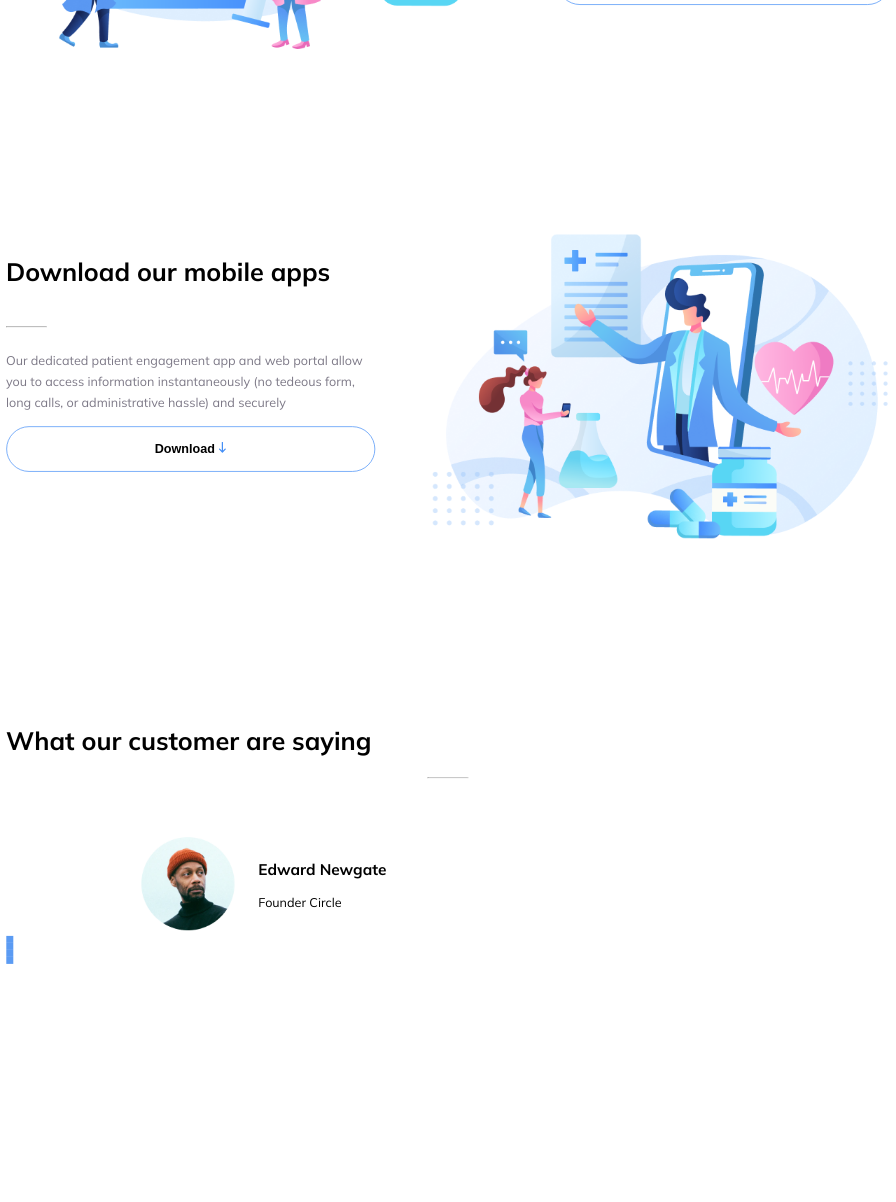
Repository: ivan-developer-01/trafalgar-layout
Page: index.html
An editor plug-in stored every save of this project. The page is shown before and after the next save, followed by the edit.
The browser window is 1280 px wide. The pictures show the part of the page from y = 2610 to 4530 px (the page is 4327 px tall before and 4530 px after), at 70% of full size.

Above is the page before, as saved 2024-11-08 16:29:33.

### index.html
<!DOCTYPE html>
<html lang="en">
<head>
	<meta charset="UTF-8">
	<meta http-equiv="X-UA-Compatible" content="IE=edge">
	<meta name="viewport" content="width=device-width, initial-scale=1.0">
	<title>Trafalgar Services</title>
	<link rel="preconnect" href="https://fonts.googleapis.com">
	<link rel="preconnect" href="https://fonts.gstatic.com" crossorigin>
	<link href="https://fonts.googleapis.com/css2?family=Mulish:ital,wght@0,200;0,300;0,400;0,500;0,600;0,700;0,800;0,900;1,200;1,300;1,400;1,500;1,600;1,700;1,800;1,900&display=swap" rel="stylesheet">
	<link rel="stylesheet" href="style.css">
</head>
<body>
	<header class="header">
		<div class="container">
			<!-- left part -->
			<div>
				<div class="logo">
					<img src="images/logo.png" alt="Trafalgar Logo">
				</div>
			</div>

			<!-- right part -->
			<div>
				<nav>
					<a href="#" class="nav__link nav__link-main">Home</a>
					<a href="#" class="nav__link">Find a doctor</a>
					<a href="#" class="nav__link">Apps</a>
					<a href="#" class="nav__link">Testimonials</a>
					<a href="#" class="nav__link">About us</a>
				</nav>
			</div>
		</div>
	</header>

	<main>
		<section class="main-info">
			<div class="container">
				<!-- left part -->
				<div>
					<h1>Virtual healthcare for you</h1>

					<p>Trafalgar provides progressive, and affordable healthcare, accessible on mobile and online for everyone</p>

					<button class="button round-button bg-blue">Consult today</button>
				</div>

				<!-- right part -->
				<div>
					<img src="images/hero.png" alt="Trafalgar hero image">
				</div>
			</div>

			<div class="overlay"></div>
		</section>

		<section class="our-services">
			<div class="container">
				<h2>Our services</h2>
				<hr>

				<p>We provide to you the best choiches for you. Adjust it to your health needs and make sure your undergo treatment with our highly qualified doctors you can consult with us which type of service is suitable for your health</p>

				<div class="cards">
					<div class="card">
						<img src="images/our-services/cards/search-doctor.svg" alt="Search doctor">
						<h3>Search doctor</h3>
						<p>Choose your doctor from thousands of specialist, general, and trusted hospitals</p>
					</div>
					<div class="card">
						<img src="images/our-services/cards/online-pharmacy.svg" alt="Online pharmacy">
						<h3>Online pharmacy</h3>
						<p>Buy  your medicines with our mobile application with a simple delivery system</p>
					</div>
					<div class="card">
						<img src="images/our-services/cards/consultation.svg" alt="Consultation">
						<h3>Consultation</h3>
						<p>Free consultation with our trusted doctors and get the best recomendations</p>
					</div>
					<div class="card">
						<img src="images/our-services/cards/details-info.svg" alt="Details info">
						<h3>Details info</h3>
						<p>Free consultation with our trusted doctors and get the best recomendations</p>
					</div>
					<div class="card">
						<img src="images/our-services/cards/emergency-care.svg" alt="Emergency care">
						<h3>Emergency care</h3>
						<p>You can get 24/7 urgent care for yourself or your children and your
lovely family</p>
					</div>
					<div class="card">
						<img src="images/our-services/cards/tracking.svg" alt="Tracking">
						<h3>Tracking</h3>
						<p>Track and save your medical history and health data</p>
					</div>
				</div>

				<button class="button round-button">Learn more</button>
			</div>

			<div class="overlay"></div>
			<div class="top-overlay"></div>
		</section>

		<section class="apps">
			<div class="container">
				<div class="flex-two-blocks">
					<!-- left part -->
					<div>
						<div class="image">
							<img src="images/apps/leading-healthcare-providers.png" alt="Leading healthcare providers">
						</div>
					</div>

					<!-- right part -->
					<div>
						<h2>Leading healthcare providers</h2>
						<hr>
						<p>
							Trafalgar provides progressive, and affordable healthcare, accessible on mobile and online for everyone. To us, it’s not just work. We take pride in the solutions we deliver
						</p>

						<button class="button round-button">Learn more</button>
					</div>
				</div>

				<div class="flex-two-blocks">
					<!-- left part -->
					<div>
						<h2>Download our mobile apps</h2>
						<hr>
						<p>
							Our dedicated patient engagement app and web portal allow you to access information instantaneously (no tedeous form, long calls, or administrative hassle) and securely
						</p>

						<button class="button round-button">Download
							<img src="images/arrow-download.svg" alt="Download icon">
						</button>
					</div>

					<!-- right part -->
					<div>
						<div class="image">
							<img src="images/apps/mobile-apps.png" alt="Mobile apps">
						</div>
					</div>
				</div>
			</div>
		</section>

		<section class="reviews">
			<div class="container">
				<h2>What our customer are saying</h2>
				<hr>
				<div class="review-slider">
					<div class="review">
						<div class="review-user">
							<div><img src="images/reviews/avatar-1.png" alt="Avatar" class="avatar"></div>
							<div class="user-credentials">
								<h3>Edward Newgate</h3>
								<span>Founder Circle</span>
							</div>
						</div>

						<div class="review-text">
							<p>
								“Our dedicated patient engagement app and web portal allow you to access information instantaneously (no tedeous form, long calls, or administrative hassle) and securely”
							</p>
						</div>
					</div>
				</div>

				<div class="dots">
					<div class="arrow-left"></div>
					<div class="dot active"></div>
					<div class="dot"></div>
					<div class="dot"></div>
					<div class="dot"></div>
					<div class="arrow-right"></div>
				</div>
			</div>
		</section>
	</main>
</body>
</html>

### style.css
html,
body {
	width: 100vw;
	margin: 0;
	padding: 0;
	font-family: 'Mulish', sans-serif;
}

.container {
	width: 100%;
	max-width: 1263px;
	margin: 0 auto;
}

section hr {
	width: 56px;
	margin-top: 26px;
	margin-bottom: 33px;
}

h1 {
	font-size: 48px;
}

h3 {
	font-size: 24px;
}

p {
	color: #7D7987;
	margin-top: 0;
}

.button {
	/* appearance: none; */
	border: 1px solid #458FF6;
	background: transparent;
	cursor: pointer;
	font-weight: 700;
	font-size: 18px;
	padding: 21px 41px;
}

.button.round-button {
	border-radius: 999px;
}

.bg-blue {
	background-color: #458FF6;
	color: #FFF;
}

/* header */
.header {
	padding-top: 56px;
}

.header .container {
	display: flex;
	justify-content: space-between;
	align-items: center;
}

.header nav {
	display: flex;
	gap: 40px;
	font-size: 18px;
}

.header nav a {
	text-decoration: none;
	color: #8f8a9a;
}

.header .nav__link-main {
	color: #1F1534;
}
/* /header */

/* main-info */
.main-info {
	position: relative;
}

.main-info .overlay {
	position: absolute;
	top: 0;
	left: 0;
	right: 0;
	bottom: 0;
	background-image: url(images/main-info-overlay.png);
	background-repeat: no-repeat;
	z-index: -1;
}

.main-info .container {
	display: flex;
	justify-content: space-between;
	align-items: center;
	gap: 109px;
}

.main-info p {
	font-size: 21px;
	line-height: 32px;
	margin-top: 25px;
	margin-bottom: 45px;
}
/* /main-info */

/* our-services */
.our-services {
	margin-top: 190px;
	position: relative;
}

.our-services .overlay,
.our-services .top-overlay {
	position: absolute;
	right: 0;
	bottom: 0;
	left: 0;
	background-repeat: no-repeat;
	z-index: -1;
	pointer-events: none;
}

.our-services .overlay {
	top: calc(20% - 44px);
	background-image: url(images/our-services/our-services-overlay.svg);
}

.our-services .top-overlay {
	top: 46%;
	left: 76%;
	background-image: url(images/our-services/our-services-top-overlay.svg);
}

.our-services .container {
	text-align: center;
}

.our-services p {
	max-width: 952px;
	margin: 0 auto;
}

.our-services .cards {
	display: grid;
	grid-template-columns: repeat(3, 1fr);
	gap: 34px;
	margin-top: 80px;
	position: relative;
	background: transparent;
}

.our-services .cards .card {
	box-shadow: 10px 40px 50px 0px #E5E9F666;
	/* top right bottom left */
	width: calc(350px - 52px - 36px);
	height: calc(354px - 58px - 47px);
	border-radius: 20px;
	padding: 58px 52px 47px 36px;
	text-align: left;
	background: #FFF;
	z-index: 1;
}

.our-services .cards .card p {
	font-size: 16px;
	line-height: 28px;
}

.our-services .cards .card h3 {
	margin-top: 36.25px;
}

.our-services .button {
	margin-top: 72px;
	color: #458FF6;
	border-width: 1.4px;
	min-width: 200px;
}
/* /our-services */

/* apps */
.apps {
	margin-top: 220px;
}

.apps .container {
	display: grid;
	gap: 265px;
}

.apps .flex-two-blocks {
	display: flex;
}

.apps .flex-two-blocks div {
	display: flex;
	flex-direction: column;
}

.apps .flex-two-blocks h2 {
	font-size: 36px;
}

.apps .flex-two-blocks hr {
	text-align: left;
	width: 56px;
	margin-left: 0;
	margin-right: 0;
}

.apps .flex-two-blocks p {
	font-size: 18px;
	line-height: 30px;
}

.apps .flex-two-blocks:first-child {
	gap: 137px;
}

.apps .flex-two-blocks:last-child {
	gap: 71px;
}
/* /apps */

/* reviews */
.reviews {
	margin-top: 266px;
	margin-bottom: 340px /* *? BUGGY DEBUGGY BIG BUG */;
}

.reviews .review-slider-container {
	background: linear-gradient(208.18deg, #67C3F3 9.05%, #5A98F2 76.74%);
	color: white;
	text-align: center;
	padding-top: 64px;
	padding-bottom: 109px;
	border-radius: 24px;
}

.reviews hr {
	color: white;
}

.reviews h2 {
	font-size: 36px;
}

.review-slider .review {
	display: flex;
	justify-content: center;
	align-items: center;
	gap: 110px;
	margin-top: 80px;
}

.review-slider .review .review-user {
	display: flex;
	align-items: center;
	justify-content: center;
	gap: 30px;
	text-align: left;
}

.review-slider .review .review-user .user-credentials h3 {
	font-size: 22px;
	margin-top: 0;
}

.review-slider .review .review-user .user-credentials span {
	font-size: 18px;
}

.review-slider .review .review-text {
	text-align: left;
	max-width: 420px;
}

.review-slider .review .review-text p {
	color: white;
	font-size: 19px;
	letter-spacing: 0.6px;
	line-height: 30px;
}

.reviews .dot {
	background: #5B9BF3;
	width: 10px;
	height: 10px;
}

.reviews .dot.active {
	background: #5B9BF3;
}
/* /reviews */

After the next save:
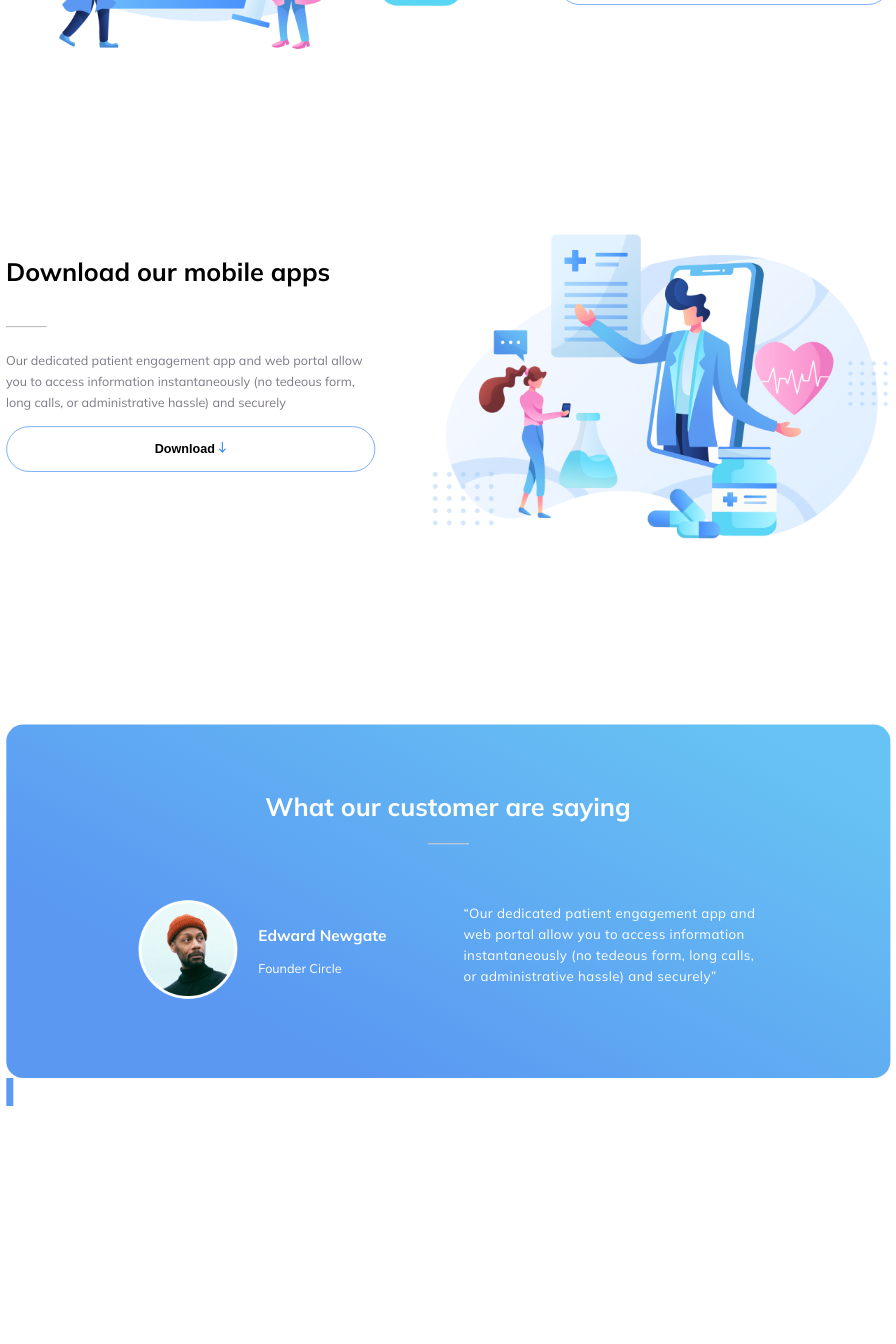
Saved 23 s later.
--- a/index.html
+++ b/index.html
@@ -150,6 +150,7 @@ lovely family</p>
 
 		<section class="reviews">
 			<div class="container">
+				<div class="review-slider-container">
 				<h2>What our customer are saying</h2>
 				<hr>
 				<div class="review-slider">
@@ -169,6 +170,7 @@ lovely family</p>
 						</div>
 					</div>
 				</div>
+				</div>
 
 				<div class="dots">
 					<div class="arrow-left"></div>
